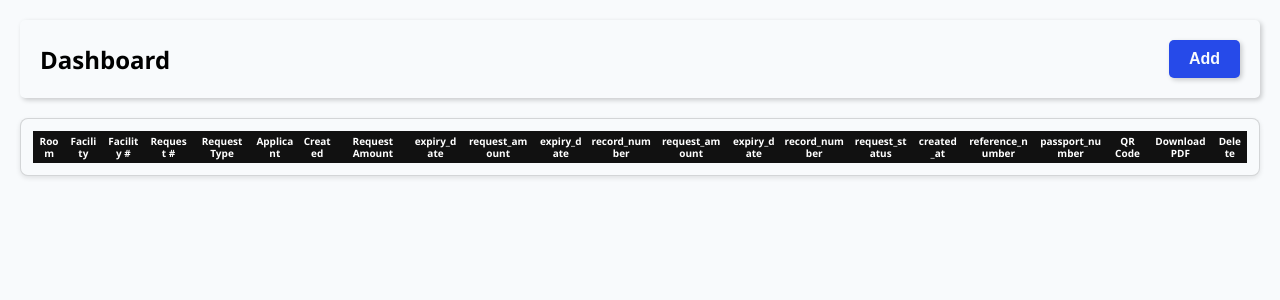
Repository: irfan-shah-sherani/Travel-Tour
Page: public/index.html
These files come from the project's save history. The page is drawn as it stood at one moment and after a run of saves; the edit follows.
The browser window is 1280 px wide. The pictures show the whole page.
The page's requests for data from a server got no answer.

Above is the page before, as saved 2025-07-11 04:57:26.

### public/index.html
<!DOCTYPE html>
<html lang="en">

<head>
  <meta charset="UTF-8" />
  <meta name="viewport" content="width=device-width, initial-scale=1.0" />
  <title>Dashboard</title>
  <link rel="stylesheet" href="index.css" />
  <!-- <link
      rel="stylesheet"
      href="/public/Dashboard.css"
      integrity="sha512-..."
      crossorigin="anonymous"
      referrerpolicy="no-referrer"
    /> -->
</head>

<body>
  <main>
    <!-- main content -->
    <div class="main-content">
      <!-- TOP-nav -->
      <nav class="main-nav">
        <div class="page-name">
          <i class="fas fa-bars"></i>
          <p>Dashboard</p>
        </div>
        <div class="button">
          <button id="addPersonBtn">Add</button>
        </div>
      </nav>

      <!-- main content  end -->
      <div class="table-container">
        <table>
          <tr>
            <th>Room</th>
          <th>Facility</th>
          <th>Facility #</th>
          <th>Request #</th>
          <th>Request Type</th>
          <th>Applicant</th>
          <th>Created</th>
          <th>Request Amount</th>
          <th>expiry_date</th>
          <th>request_amount </th>
          <th>expiry_date</th>
          <th>record_number</th>
          <th>request_amount</th>
          <th>expiry_date</th>
          <th>record_number</th>
          <th>request_status</th>
          <th>created_at</th>
          <th>reference_number</th>
          <th>passport_number</th>
          <th>QR Code</th>
          <th>Download PDF</th>
          <th>Delete</th>
          </tr>
          <tbody id="person-table-body">
            <!-- JS will populate this -->
          </tbody>
        </table>

        <!-- ✅ Place script here -->
        <script>
  fetch("/api/")
    .then((res) => res.json())
    .then((data) => {
      const tbody = document.getElementById("person-table-body");
      tbody.innerHTML = "";
      data.forEach((record) => {
        const tr = document.createElement("tr");
        tr.innerHTML = `
          <td>${record.record_id}</td>
          <td>${record.room_name}</td>
          <td>${record.facility_name}</td>
          <td>${record.facility_number}</td>
          <td>${record.request_number}</td>
          <td>${record.request_type}</td>
          <td>${record.applicant_name}</td>
          <td>${record.creation_date}</td>
          <td>${record.request_amount}</td>
          <td>${record.expiry_date}</td>
          <td>${record.record_number}</td>
          <td>${record.request_status}</td>
          <td>${record.reference_number}</td>
          <td>${record.passport_number}</td>
          <td>${record.qrcode_url ? `<img src="${record.qrcode_url}" class="qr-img" alt="QR Code">` : "No QR"}</td>
          <td>
            <a href="/api/download-pdf?token=${record.qr_token}">
              <button type="button">Download PDF</button>
            </a>
          </td>
          <td>
            <form action="/delete/${record.qr_token}" method="POST" onsubmit="return confirm('Are you sure you want to delete this record?');">
              <button type="submit">Delete</button>
            </form>
          </td>
        `;

                tbody.appendChild(tr);
              });
            });
        </script>
        </table>
      </div>

      <!-- Trigger Button OUTSIDE -->
      <!-- Add Room Form (initially hidden in CSS or JS) -->
      <div class="add-new add-new-person">
        <h2 class="form-title">Add New Person</h2>
        <form class="person-form" action="/" method="POST">
          <div class="inputForm">
            <!-- Left Side -->
            <div class="left-side">
              <div class="form-group">
                <label for="room_number">Room No </label>
                <input type="text" id="room_number" name="room_number" required />
              </div>

              <div class="form-group">
                <label for="facility_name">Facility Name </label>
                <input type="text" id="facility_name" name="facility_name" required />
              </div>

              <div class="form-group">
                <label for="facility_number">Facility number </label>
                <input type="text" id="facility_number" name="facility_number" required />
              </div>

              <div class="form-group">
                <label for="request_number">Request number </label>
                <input type="number" id="request_number" name="request_number" step="0.01" required />
              </div>

              <div class="form-group">
                <label for="request_type">Request Type</label>
                <input type="text" id="request_type" name="request_type" required />
              </div>
            </div>

            <!-- Center Side -->
            <div class="center-side">
              <div class="form-group">
                <label for="applicant">Applicant</label>
                <input type="text" id="applicant" name="applicant" />
              </div>

              <div class="form-group">
                <label for="created">Created</label>
                <input type="text" id="created" name="created" />
              </div>

              <div class="form-group">
                <label for="amount">Amount</label>
                <input type="text" id="amount" name="amount" />
              </div>

              <div class="form-group">
                <label for="expiry">Expiry</label>
                <input type="text" id="expiry" name="expiry" />
              </div>

              <div class="form-group">
                <label for="record_number">Record number</label>
                <input type="text" id="record_number" name="record_number" />
              </div>
            </div>

            <!-- Right Side -->
            <div class="right-side">
              <div class="form-group">
                <label for="status">Status</label>
                <input type="text" id="status" name="status" />
              </div>

              <div class="form-group">
                <label for="reference_number">Reference number</label>
                <input type="text" id="reference_number" name="reference_number" />
              </div>

              <div class="form-group">
                <label for="passport_number">Passport number</label>
                <input type="text" id="passport_number" name="passport_number" />
              </div>

            </div>
          </div>

          <div class="button-group">
            <button type="button" class="cancelbtn">Cancel</button>
            <button type="submit" class="submit-person-btn">Add Person</button>
          </div>
        </form>
      </div>

    </div>
  </main>
  <script src="index.js"></script>
</body>

</html>

### public/index.css
* {
  margin: 0;
  padding: 0;
  box-sizing: border-box;
}
:root {
  --primary-gradient: linear-gradient(135deg, #667eea 0%, #764ba2 100%);
  --card-shadow: 0 4px 6px rgba(0, 0, 0, 0.1);
  --card-hover-shadow: 0 8px 15px rgba(0, 0, 0, 0.2);
}
body {
  font-family: "Segoe UI", Tahoma, Geneva, Verdana, sans-serif;
  background-color: #f8fafc;
}
main {
  display: flex;
  /* display: flex; */
}
/* .sidebar {
  position: fixed;
  display: flex;
  align-items: center;
  flex-direction: column;
  width: 250px;
  height: 100vh;
  padding: 20px;
  background: var(--primary-gradient);
  border-radius: 10px 0px 0px 10px;
  color: #f8fafc;
}
.cross-icon {
  display: none;
  justify-content: right;
  color: #f8fafc;
  font-size: 2rem;
  cursor: pointer;
}
.logo {
  display: flex;
  align-items: center;
  gap: 10px;
  margin-bottom: 10px;
  border-bottom: 1px solid rgba(255, 255, 255, 1);
  padding-bottom: 20px;
}
.logo p {
  font-size: 24px;
  font-weight: 600;
}
.sidebar img {
  display: block;
  width: 50px;
  height: 50px;
  object-fit: cover;
  object-position: center;
  border-radius: 5px;
}
.logo hr {
  width: 100px;
  height: 2px;
  color: rgba(255, 255, 255, 0.1);
}
.links ul li {
  list-style: none;
  margin: 5px;
}
.links ul li a {
  display: flex;
  padding-left: 20px;
  align-items: center;
  width: 200px;
  height: 50px;
  text-decoration: none;
  gap: 10px;
  border-radius: 10px;
  transition: all 0.3s ease;
  color: rgba(255, 255, 255, 0.85);
}
.links ul li a:hover {
  background-color: rgba(255, 255, 255, 0.1);
  transform: translateX(5px);
}
.links ul li a.active {
  background-color: rgba(255, 255, 255, 0.1);
  transform: translateX(5px);
} */
/* main content */
.main-content {
  display: flex;
  /* margin-left: 250px; */
  flex-direction: column;
  background-color: #f8fafc;
  width: 100%;
  padding: 20px;
  gap: 20px;
}
.main-content nav {
  display: flex;
  justify-content: space-between;
  align-items: center;
  border-radius: 5px;
  width: 100%;
  background-color: #f8fafc;
  padding: 20px;
  box-shadow: 2px 2px 5px rgba(0, 0, 0, 0.2);
}
.page-name {
  display: flex;
  align-items: center;
  gap: 10px;
}
.page-name p {
  font-size: 24px;
  font-weight: 600;
}
.page-name i {
  display: none;
  cursor: pointer;
  font-size: 24px;
  font-weight: 600;
}
.button {
  display: flex;
  align-items: center;
  gap: 10px;
}
.button button {
  padding: 10px 20px;
  border-radius: 5px;
  border: none;
  background-color: #264ae9;
  color: #f8fafc;
  font-size: 16px;
  font-weight: 600;
  box-shadow: 2px 2px 5px rgba(0, 0, 0, 0.2);
  cursor: pointer;
  transition: all 0.05s ease-in-out;
}
.button button:hover {
  transform: translateY(2px);
}

/* table */
/* General Table Styling */
.table-container {
  width: 100%;
  overflow-x: auto;
  background-color: #f8fafc;
  border-radius: 8px;
  border: 1px solid rgba(0, 0, 0, 0.15);
  box-shadow: 0 2px 5px rgba(0, 0, 0, 0.1);
  padding: 12px;
  box-sizing: border-box;
}

/* Table Reset */
table {
  width: 100%;
  border-collapse: collapse;
  font-size: 10px;
  table-layout: auto;
}

/* Table Header */
.table-container table th {
  background-color: #111;
  color: #fff;
  font-weight: 600;
  font-size: 10px;
  padding: 4px;
  text-align: center;
  vertical-align: middle;
  white-space: normal;
  line-height: 1.2;
  word-break: break-word;
}

/* Force words like "Request Number" to wrap into 2 lines */
.table-container table th {
  max-width: 90px;
}

/* Table Body */
.table-container table td {
  white-space: nowrap;
  text-align: center;
  vertical-align: middle;
  padding: 8px 6px;
}

/* Row Hover Effect */
.table-container table tr:hover {
  background-color: #e2e8f0;
  transition: background-color 0.2s;
}

/* Button Styling */
.btn {
  padding: 4px 8px;
  font-size: 10px;
  border-radius: 4px;
  border: none;
  cursor: pointer;
  transition: 0.2s;
}

/* Delete Button */
.delete-form {
  border: 1px solid #ef4444;
  color: #ef4444;
  background: transparent;
}
.delete-form:hover {
  background-color: #fee2e2;
}

/* Download Button (optional styling) */
.download-btn {
  background-color: #2563eb;
  color: white;
  border: none;
}
.download-btn:hover {
  background-color: #1d4ed8;
}

.add-new {
  display: none;
  width: 80%;
  max-height: 90vh; /* limit height */
  overflow-y: auto;  /* enable scroll if content too tall */
  position: absolute;
  top: 50%;
  left: 50%;
  transform: translate(-50%, -50%);
  background-color: white;
  padding: 20px;
  border-radius: 8px;
  box-shadow: 0 0 10px rgba(0, 0, 0, 0.5);
  font-family: Arial, sans-serif;
  z-index: 10;
}

.form-title {
  font-size: 24px;
  font-weight: 600;
  margin-bottom: 10px;
}

/* Reduce spacing */
.person-form {
  display: flex;
  flex-direction: column;
  gap: 10px;
}

.inputForm {
  display: flex;
  justify-content: space-between;
  gap: 20px;
}

/* Equal columns */
.left-side,
.center-side,
.right-side {
  flex: 1;
}
label {
  font-size: 14px;
  font-weight: 500;
  margin-bottom: 5px;
}
/* Compact input spacing */
.form-group {
  display: flex;
  flex-direction: column;
  margin-bottom: 10px;
}

input,
textarea,
select {
  padding: 5px;
  font-size: 16px;
}

/* Buttons */
.button-group {
  display: flex;
  justify-content: flex-end;
  gap: 10px;
  margin-top: 0px;
}

button {
  padding: 8px;
  font-size: 13px;
  border: none;
  border-radius: 5px;
  cursor: pointer;
}

.cancel-person-btn {
  background-color: #6c757d;
  color: white;
}

.submit-person-btn {
  background-color: #007bff;
  color: white;
}

/* Responsive */
@media (max-width: 768px) {
  .inputForm {
    flex-direction: column;
  }

  .left-side,
  .center-side,
  .right-side {
    width: 100%;
  }
}
.qr-img {
  width: 30px;
  height: 30px;
  object-fit: contain;
  display: block;
}

### public/index.js
const addPersonBtn = document.getElementById("addPersonBtn");
const addNewPerson = document.querySelector(".add-new");
const cancelPersonBtn = document.querySelector(".cancelbtn");
const submitPersonBtn = document.querySelector(".submit-person-btn");

addPersonBtn?.addEventListener("click", () => {
  addNewPerson.style.display = "block";
});

cancelPersonBtn?.addEventListener("click", () => {
  addNewPerson.style.display = "none";
});

submitPersonBtn?.addEventListener("click", () => {
  addNewPerson.style.display = "none";
});

After the next 4 saves:
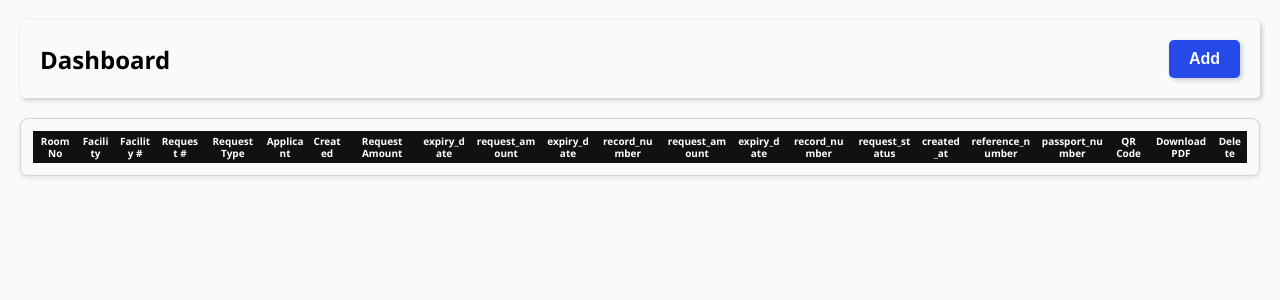
The 4 saves are shown as one change because they came seconds apart.
The last was saved 77 s later.
--- a/public/index.html
+++ b/public/index.html
@@ -34,7 +34,7 @@
       <div class="table-container">
         <table>
           <tr>
-            <th>Room</th>
+            <th>Room No</th>
           <th>Facility</th>
           <th>Facility #</th>
           <th>Request #</th>
